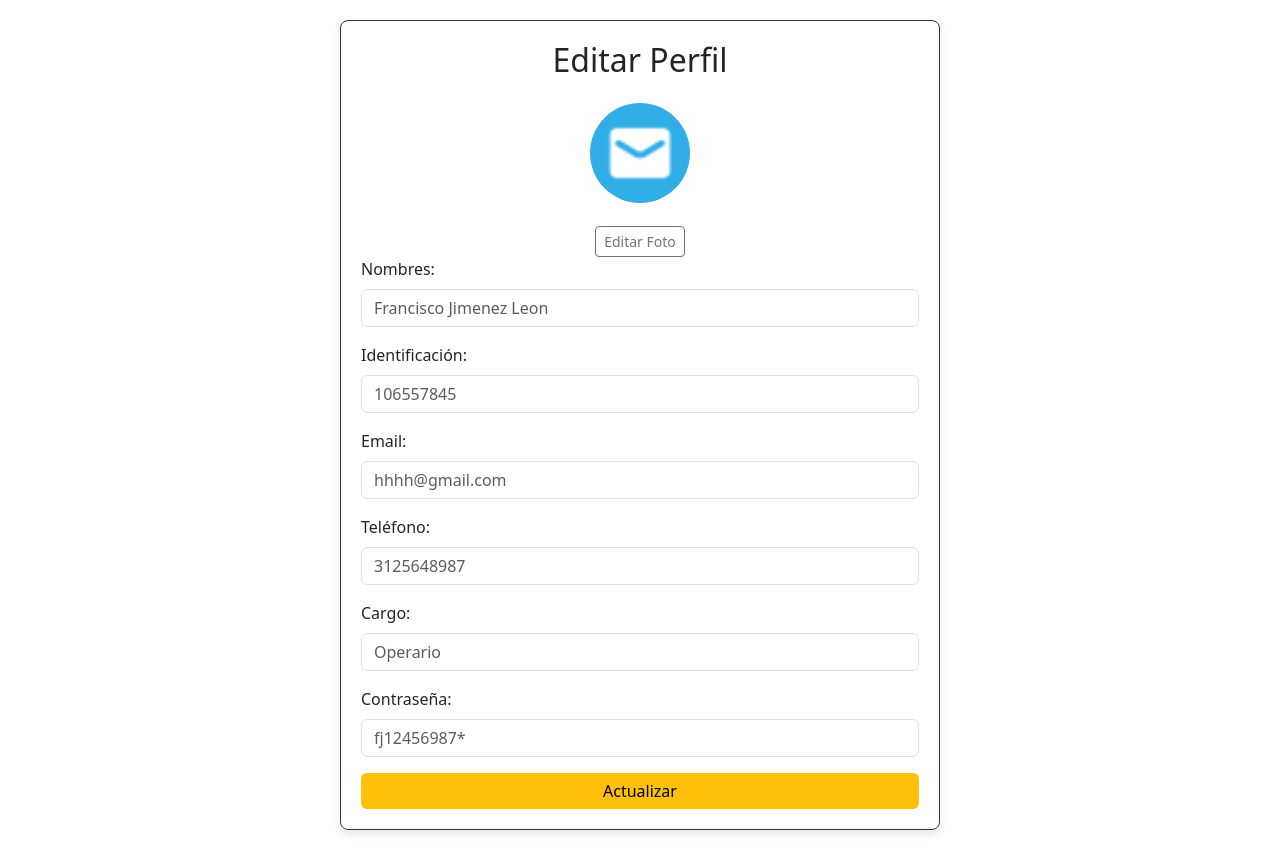
Repository: Mateojimenezz/Granja-Santa-Helena
Page: editarPerfil.html
These files come from the project's save history. The page is drawn as it stood at one moment and after the next save; the edit follows.
The browser window is 1280 px wide. The pictures show the whole page.

Above is the page before, as saved 2025-04-14 16:34:52.

### editarPerfil.html
<!DOCTYPE html>
<html lang="es">
<head>
  <meta charset="UTF-8">
  <meta name="viewport" content="width=device-width, initial-scale=1.0">
  <title>Editar Perfil</title>
  <link href="https://cdn.jsdelivr.net/npm/bootstrap@5.3.3/dist/css/bootstrap.min.css" rel="stylesheet">
 <link rel="stylesheet" href="./assets/css/editarPerfil.css">
</head>
<body>
  <div class="container">
    <div class="profile-container">
      <h2 class="text-center mb-4">Editar Perfil</h2>
      <div class="text-center">
        <img src="./assets/img/Email--Streamline-Ios-14 1.png" alt="Foto de Perfil" class="profile-photo">
        <button class="btn btn-outline-secondary btn-sm mt-2">Editar Foto</button>
      </div>
      <form>
        <div class="mb-3">
          <label for="name" class="form-label">Nombres:</label>
          <input type="text" class="form-control" id="name" placeholder="Francisco Jimenez Leon">
        </div>
        <div class="mb-3">
          <label for="id" class="form-label">Identificación:</label>
          <input type="text" class="form-control" id="id" placeholder="106557845">
        </div>
        <div class="mb-3">
          <label for="email" class="form-label">Email:</label>
          <input type="email" class="form-control" id="email" placeholder="hhhh@gmail.com">
        </div>
        <div class="mb-3">
          <label for="phone" class="form-label">Teléfono:</label>
          <input type="tel" class="form-control" id="phone" placeholder="3125648987">
        </div>
        <div class="mb-3">
          <label for="role" class="form-label">Cargo:</label>
          <input type="text" class="form-control" id="role" placeholder="Operario">
        </div>
        <div class="mb-3">
          <label for="password" class="form-label">Contraseña:</label>
          <input type="password" class="form-control" id="password" placeholder="fj12456987*">
        </div>
        <button type="submit" class="btn update-button w-100">Actualizar</button>
      </form>
    </div>
  </div>

  <script src="https://cdn.jsdelivr.net/npm/bootstrap@5.3.3/dist/js/bootstrap.bundle.min.js"></script>
</body>
</html>

### assets/css/editarPerfil.css

.profile-container {
  max-width: 600px;
  margin: 20px auto;
  padding: 20px;
  border: 1px solid #363535;
  border-radius: 8px;
  box-shadow: 0 4px 8px rgba(0, 0, 0, 0.1);
}
.profile-photo {
  display: block;
  margin: 0 auto 15px;
  border-radius: 50%;
  width: 100px;
  height: 100px;
  object-fit: cover;
}
.update-button {
  background-color: #ffc107;
  color: #000;
  border: none;
}
.update-button:hover {
  background-color: #e0a800;
  color: #fff;
}

After the next save:
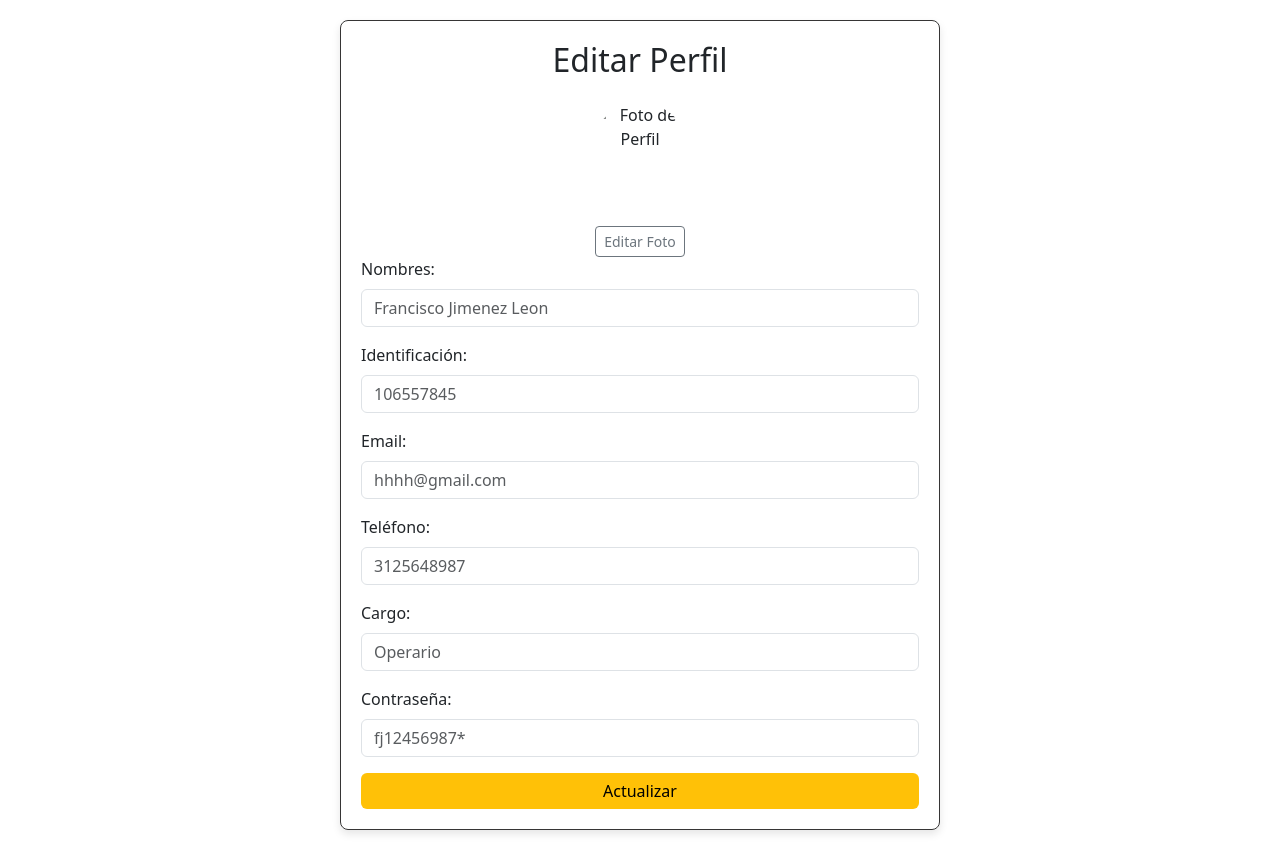
Saved 16 s later.
--- a/editarPerfil.html
+++ b/editarPerfil.html
@@ -12,7 +12,7 @@
     <div class="profile-container">
       <h2 class="text-center mb-4">Editar Perfil</h2>
       <div class="text-center">
-        <img src="./assets/img/Email--Streamline-Ios-14 1.png" alt="Foto de Perfil" class="profile-photo">
+        <img src="" alt="Foto de Perfil" class="profile-photo">
         <button class="btn btn-outline-secondary btn-sm mt-2">Editar Foto</button>
       </div>
       <form>
